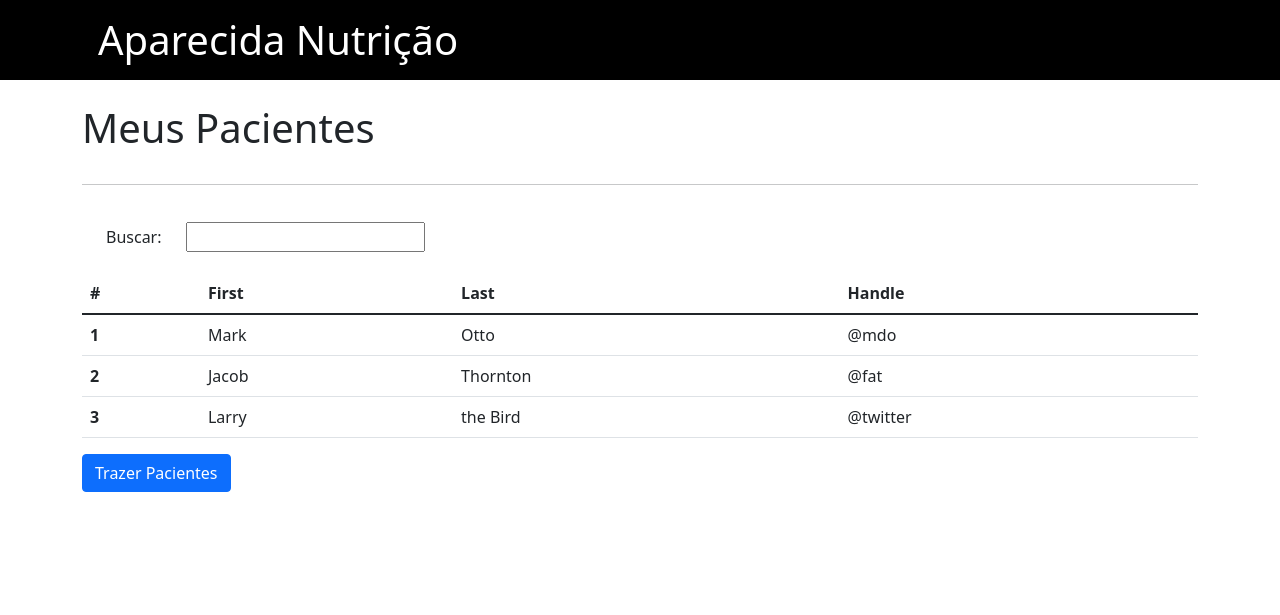
Repository: eversonps/app-paciente
Page: / (app in frontend/)
These files come from the project's save history. The page is drawn as it stood at one moment and after the next save; the edit follows.
The browser window is 1280 px wide. The pictures show the whole page.
The project was rebuilt for these pictures with package versions that can differ from the ones it lists, and the page was loaded fresh each time.

Above is the page before, as saved 2022-03-28 14:01:46.

### frontend/src/index.js
import React from 'react';
import ReactDOM from 'react-dom';
import './index.css';
import App from './App';
import  '../node_modules/bootstrap/dist/css/bootstrap.min.css'

ReactDOM.render(
    <App />,
    document.getElementById('root')
);

### frontend/src/App.jsx
import Header from "./components/Header";
import MyPacients from "./components/MyPacients";
import Main from "./components/Main"

function App() {
  return (
    <div className="App">
        <Header></Header>
        <Main>
            <MyPacients></MyPacients>
        </Main>
    </div>
  );
}

export default App;

### frontend/src/components/Header.jsx
import React from "react";

export default props => {
    return (
        <header className="bg-black">
            <div className="container">
                <h1 className="text-white p-3">Aparecida Nutrição</h1>
            </div>
        </header>
    )
}

### frontend/src/components/MyPacients.jsx
import React from "react";
import FilterPacients from "../Templates/FilterPacients";
import Table from "../Templates/Table";

export default props => (
    <div>
        <h1 className="pt-3 pb-3">Meus Pacientes</h1>
        <hr />

        <FilterPacients></FilterPacients>

        <Table></Table>
    </div>
)

### frontend/src/components/Main.jsx
import React from "react";

export default props => (
    <main className="container">
        {props.children}
    </main>
)

### frontend/src/Templates/FilterPacients.jsx
import React from "react";

export default props => (
    <div>
        <label className="m-4">Buscar: </label>
        <input type="text" />
    </div>
)

### frontend/src/Templates/Table.jsx
import React from "react";

export default props => (
    <div>
        <table class="table">
        <thead class="thead-dark">
            <tr>
            <th scope="col">#</th>
            <th scope="col">First</th>
            <th scope="col">Last</th>
            <th scope="col">Handle</th>
            </tr>
        </thead>
        <tbody>
            <tr>
            <th scope="row">1</th>
            <td>Mark</td>
            <td>Otto</td>
            <td>@mdo</td>
            </tr>
            <tr>
            <th scope="row">2</th>
            <td>Jacob</td>
            <td>Thornton</td>
            <td>@fat</td>
            </tr>
            <tr>
            <th scope="row">3</th>
            <td>Larry</td>
            <td>the Bird</td>
            <td>@twitter</td>
            </tr>
            </tbody>
        </table>
        <a class="btn btn-primary" href="#" role="button">Trazer Pacientes</a>
    </div>

)

Loaded but not shown: frontend/public/index.html (common file); frontend/src/index.css (common file)

After the next save:
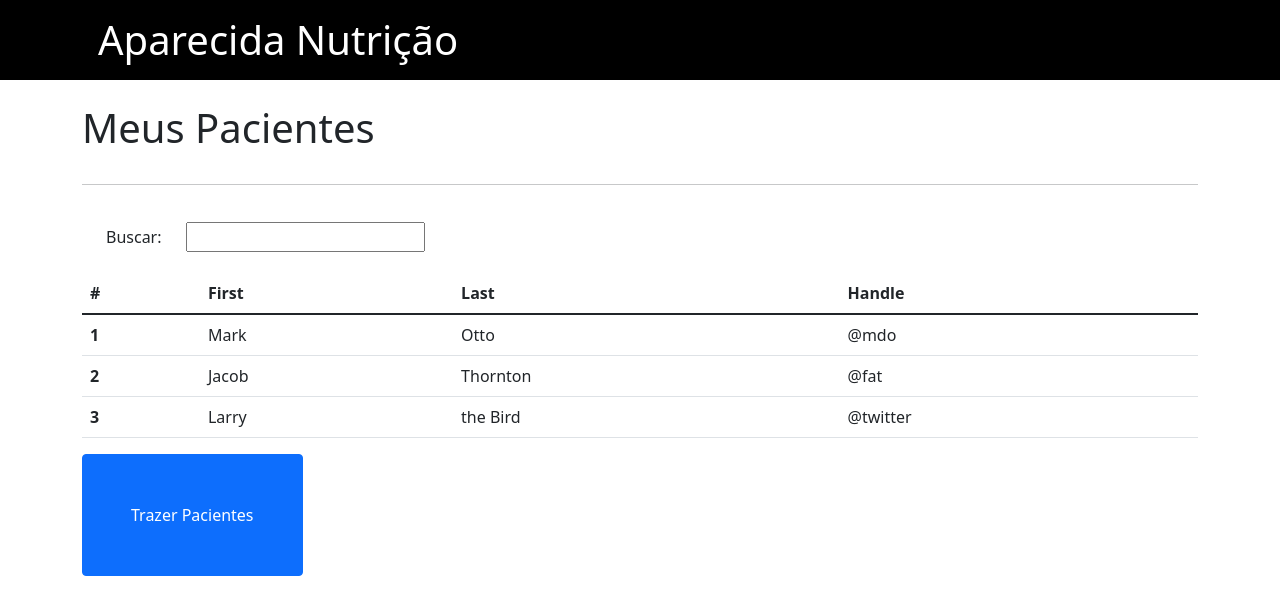
Saved 22 s later.
--- a/frontend/src/Templates/Table.jsx
+++ b/frontend/src/Templates/Table.jsx
@@ -32,7 +32,7 @@ export default props => (
             </tr>
             </tbody>
         </table>
-        <a class="btn btn-primary" href="#" role="button">Trazer Pacientes</a>
+        <a class="btn btn-primary p-5" href="#" role="button">Trazer Pacientes</a>
     </div>
 
 )
